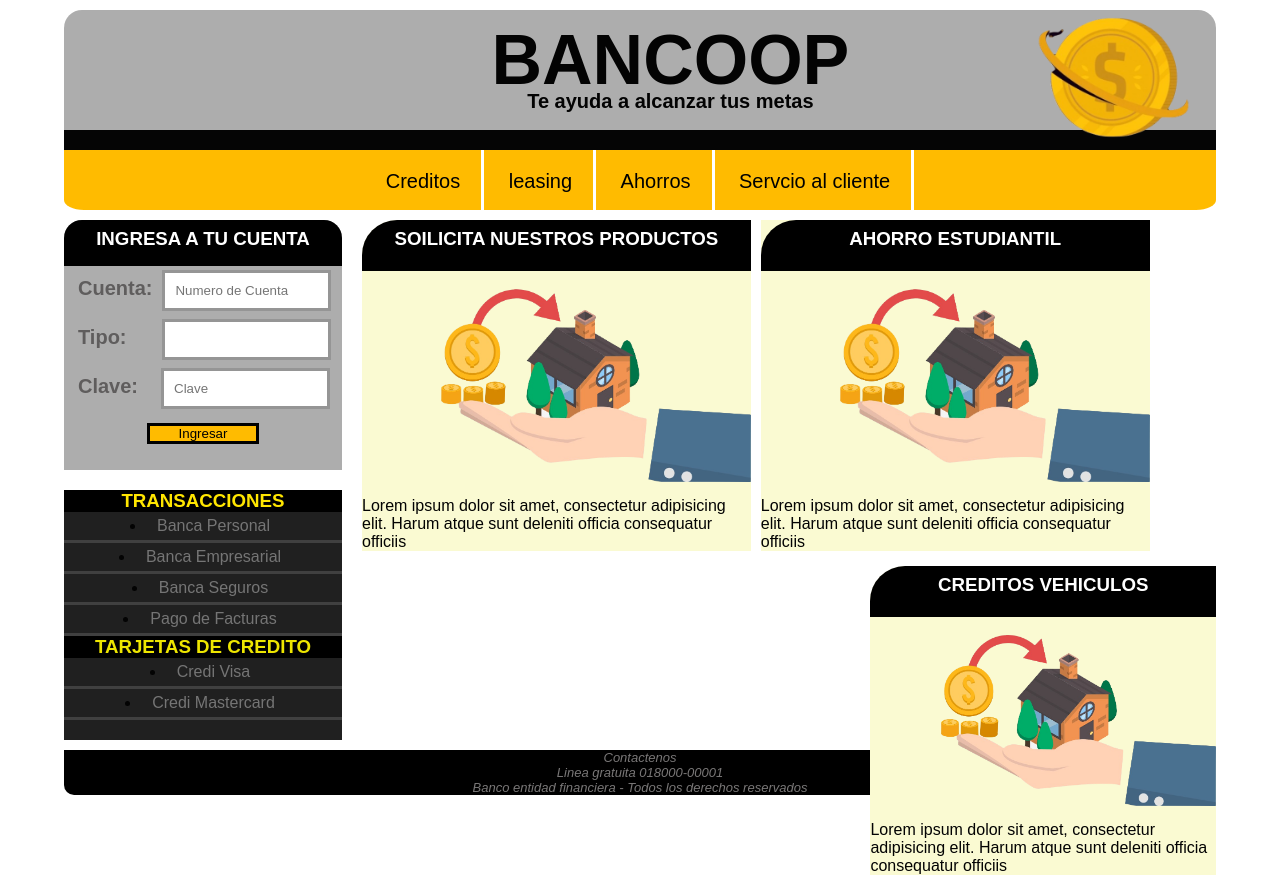
Repository: NickArregoces/BANCOOP
Page: Index.html
These files come from the project's save history. The page is drawn as it stood at one moment and after the next save; the edit follows.
The browser window is 1280 px wide. The pictures show the whole page.

Above is the page before, as saved 2021-09-30 15:44:52.

### Index.html
<!DOCTYPE html>
<html lang="en">
<head>
    <meta charset="UTF-8">
    <meta http-equiv="X-UA-Compatible" content="IE=edge">
    <meta name="viewport" content="width=device-width, initial-scale=1.0">
    <title>BANCOOP Home</title>
    <link rel="stylesheet" href="/CSS/Style.css">

</head>
<body>
    <div id="head">
        <header>
            <div class="image">
                <img src="/Images/logo.png" alt="logo">
            </div>
            <div class="title" >
                <h1>BANCOOP</h1>
                <h3>Te ayuda a alcanzar tus metas</h3>
            </div>

        </header>

        <nav class="barra"></nav>

        <div class="navegador">
            <ul class="menu">
                <li><a href="#">Creditos</a></li>
                <li><a href="#">leasing</a></li>
                <li><a href="#">Ahorros</a></li>
                <li><a href="#">Servcio al cliente</a></li>
            </ul>
        </div>

    </div>

        <div id="Contenido">
            <div class="section">
                <form action="" class="login">
                    <h3 style="color: rgb(255, 255, 255);">INGRESA A TU CUENTA</h3>
                        <div class="cuenta">
                            <h4>Cuenta:<input type="number" placeholder="Numero de Cuenta" required></h4>
                        </div>

                        <div class="tipo">
                            <h4>Tipo:<input type="text" required></h4>
                        </div>

                        <div class="clave">
                            <h4>Clave:<input type="password" placeholder="Clave" required></h4>
                        </div>

                    <div class="center">
                        <button class="sumbit"> Ingresar </button>
                    </div>

                </form>

                <article class="opciones">
                    <h3 style="color: rgb(255, 230, 0);">TRANSACCIONES</h3>
                    <li><a href="#">Banca Personal</a></li>
                    <li><a href="#">Banca Empresarial</a></li>
                    <li><a href="#">Banca Seguros</a></li>
                    <li><a href="#">Pago de Facturas</a></li>

                    <h3 style="color: rgb(238, 230, 0);">TARJETAS DE CREDITO</h3>
                    <li><a href="#">Credi Visa</a></li>
                    <li><a href="#">Credi Mastercard</a></li>
                </article>
            </div>

            <div id="Cuadros">
                <aside>
                    <div class="solicita">
                        <h3 style="color: rgb(255, 255, 255);">SOILICITA NUESTROS PRODUCTOS</h3>

                        <img src="/Images/Wallpaper(80).jpg" alt="">

                        <p>Lorem ipsum dolor sit amet, consectetur adipisicing elit.
                            Harum atque sunt deleniti officia consequatur officiis</p>
                    </div>

                    <div class="credito">
                        <h3 style="color: rgb(255, 255, 255);">AHORRO ESTUDIANTIL</h3>

                        <img src="/Images/Wallpaper(80).jpg" alt="">

                        <p>Lorem ipsum dolor sit amet, consectetur adipisicing elit.
                            Harum atque sunt deleniti officia consequatur officiis</p>
                    </div>

                    <div class="ahorro">
                        <h3 style="color: rgb(255, 255, 255);">CREDITOS VEHICULOS</h3>

                        <img src="/Images/Wallpaper(80).jpg" alt="">

                        <p>Lorem ipsum dolor sit amet, consectetur adipisicing elit.
                            Harum atque sunt deleniti officia consequatur officiis</p>
                    </div>
                </aside>
            </div>

            <div>
                <footer>
                        <p>Contactenos</p>
                        <p>Linea gratuita 018000-00001</p>
                        <p>Banco entidad financiera
                        - Todos los derechos reservados</p>
                </footer>
            </div>
        </div>

</body>
</html>

### CSS/Style.css

*{
    margin: 0 auto;
    padding: 0px;
}
body{
    font-family: Arial, Helvetica, sans-serif;
    background: rgb(255, 255, 255);
    width: 90%;
    color: rgb(3, 3, 3);
}
header{
    width: 100%;
    margin-top: 10px;
    background: rgb(173, 173, 173);
    border-top-left-radius:  18px;
    border-top-right-radius:  18px;
    height: 120px;
}
    img{
        float: right;
        width: 200px;
    }
    .title{
        float: right;
        width: 60%;
        margin-top: 20px;
    }
    header h1{
        font-size: 70px;
        text-align: center;
        line-height: 60px;
        display: block;
    }
    header h3{
        font-size: 20px;
        text-align: center;
    }

nav.barra{
    background: rgb(5, 5, 5);
    height: 20px;
}
div.navegador{
    text-align: center;
}

    ul.menu{
        border-bottom-left-radius: 20px 10px;
        border-bottom-right-radius: 20px 10px;
        background: rgb(255, 187, 0);
        height: 60px;
        list-style: none;
        padding: 0;
        max-width: 10000px;
    }
    .menu li a{
        height: 20px;
        font-size: 20px;
        margin-right: 1px;
        text-decoration: none;
        color:black;
        padding: 20px;
        display: inline-block;
    }
    .menu li {
        border-right: solid white;
        display: inline-block;
        }
    .menu li a:hover{
        background: #242323b6;
        color: white;
        }

.section{
    width: 25%;
    float: left;

}
    form{
        background: rgb(173, 173, 173);
        border-top-left-radius: 18px;
        border-top-right-radius: 18px;
        margin-top: 10px;
        margin-right:10px;
        margin-bottom: 10px;
        height: 250px;
    }
        form h3{
            text-align: center;
            background: black;
            height: 30px;
            padding: 8px;
            border-top-left-radius: 18px;
            border-top-right-radius: 18px;
        }
        form h4{
            font-size: 20px;
            padding: 4px;
            margin-left: 10px;
            color: rgb(95, 93, 93);

        }
        form input{
            width: 55%;
            padding: 10px;
            display: inline;
            border: solid rgb(149, 149, 149);
            margin-left: 10px;
        }
        div.clave input {
            margin-left: 23px;
        }

        div.tipo input {
            margin-left: 35px;
        }

        div.center{
            margin-top: 10px;
            margin: auto;
            text-align: center;
            width: 50%;
            cursor: pointer;
        }
        button{
            margin-top: 10px;
            width: 80%;
            background: rgb(255, 187, 0);
            border: solid black;
            cursor: pointer;
        }
        button:hover{
            background: #242323b6;
            color: rgb(251, 227, 3);
        }

    article {
        height: 250px;
        background: rgb(32, 32, 32);
        margin-top: 20px;
        margin-right:10px;
        margin-bottom: 10px;
    }
        article h3{
            text-align: center;
            background: black;
        }
        .opciones li a{
            margin-right: 1px;
            text-align: center;
            text-decoration: none;
            color:rgb(117, 117, 117);
            padding: 5px;
            display: inline-block;
        }
        .opciones li {
            border-bottom: solid rgba(68, 68, 68, 0.897);
            text-align: center;
            display:inline-flexbox;
            }
        .opciones li a:hover{
            background: #242323b6;
            color: rgb(251, 227, 3);
            }

aside{
    width: 75%;
    height: 520px;
    margin-top: 10px;
    float: right;
    margin-bottom: 10px;
}
    div.solicita{
        width: 45%;
        float: left;
        border-top-left-radius: 35px;
        margin-left: 10px;
        background: lightgoldenrodyellow  ;
    }
        aside img {
            width: 80%;
            margin-top: 15px;
            margin-bottom: 15px;

        }
        aside h3{
            text-align: center;
            background: black;
            height: 35px;
            padding: 8px;
            border-top-left-radius: 35px;
        }
        aside p{
            display: inline-block;
        }
    div.credito {
        width: 45%;
        float: left;
        border-top-right-radius: 35px;
        margin-left: 10px;
        background: lightgoldenrodyellow  ;
     }
            aside img {
                width: 80%;
                margin-top: 15px;
                margin-bottom: 15px;

            }
            aside h3{
                text-align: center;
                background: black;
                height: 35px;
                padding: 8px;
                border-top-left-radius: 35px;
            }
            aside p{
                display: inline-block;
            }

    div.ahorro {
        width: 40%;
        float: right;
        margin-top: 15px;
        border-top-left-radius: 35px;
        margin-left: 10px;
        background: lightgoldenrodyellow  ;
    }
            aside img {
                width: 80%;
                margin-top: 15px;
                margin-bottom: 15px;

            }
            aside h3{
                text-align: center;
                background: black;
                height: 35px;
                padding: 8px;
                border-top-left-radius: 35px;
            }
            aside p{
                display: inline-block;
            }

footer{
    background: black;
    clear: both;
    border-bottom-left-radius: 10px;
    border-bottom-right-radius: 10px;
}
    footer p{
        font-size: 13px;
        text-align: center;
        line-height: 15px;
        color: rgb(121, 119, 119);
        font-style:italic;
    }

After the next save:
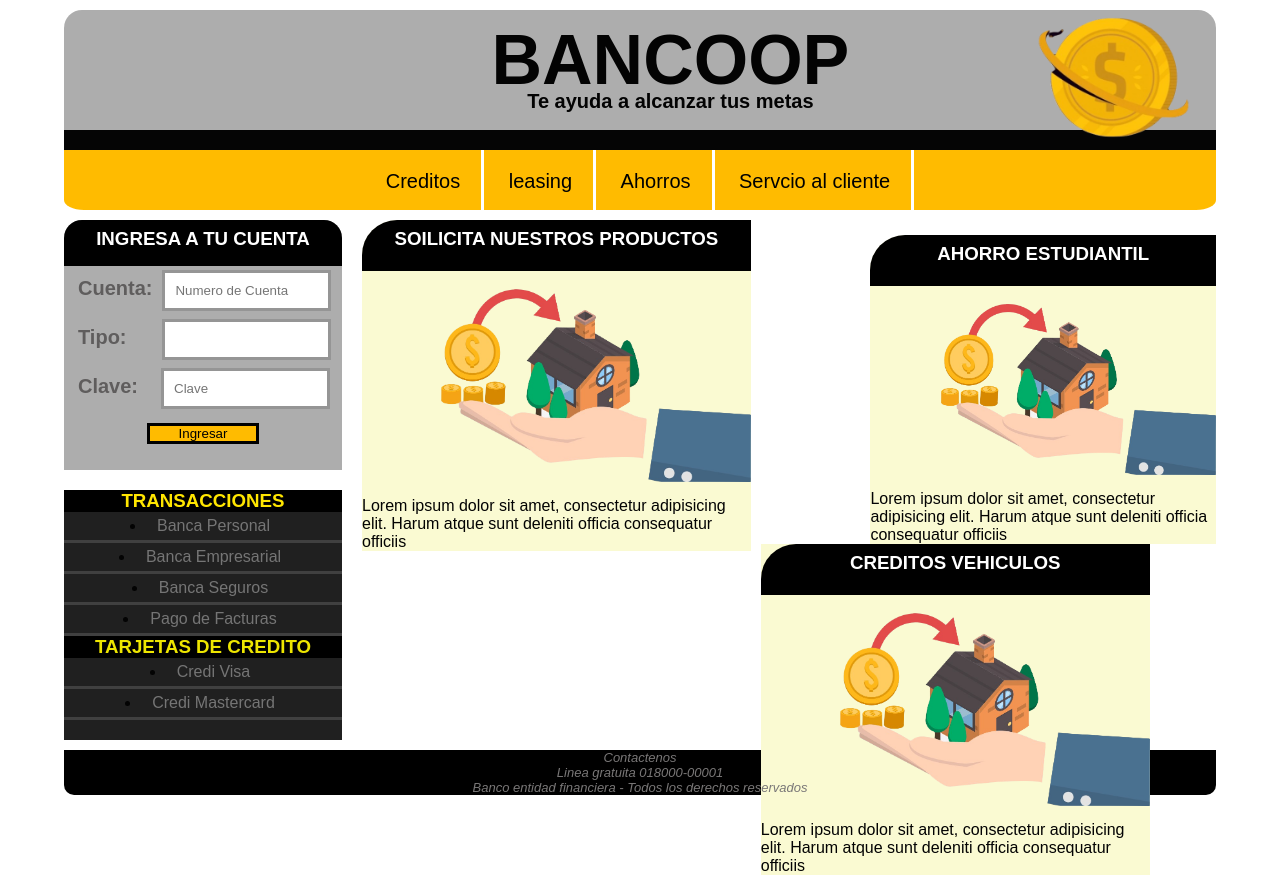
Saved 43 s later.
--- a/Index.html
+++ b/Index.html
@@ -80,7 +80,7 @@
                             Harum atque sunt deleniti officia consequatur officiis</p>
                     </div>
 
-                    <div class="credito">
+                    <div class="ahorro">
                         <h3 style="color: rgb(255, 255, 255);">AHORRO ESTUDIANTIL</h3>
 
                         <img src="/Images/Wallpaper(80).jpg" alt="">
@@ -89,7 +89,7 @@
                             Harum atque sunt deleniti officia consequatur officiis</p>
                     </div>
 
-                    <div class="ahorro">
+                    <div class="credito">
                         <h3 style="color: rgb(255, 255, 255);">CREDITOS VEHICULOS</h3>
 
                         <img src="/Images/Wallpaper(80).jpg" alt="">
